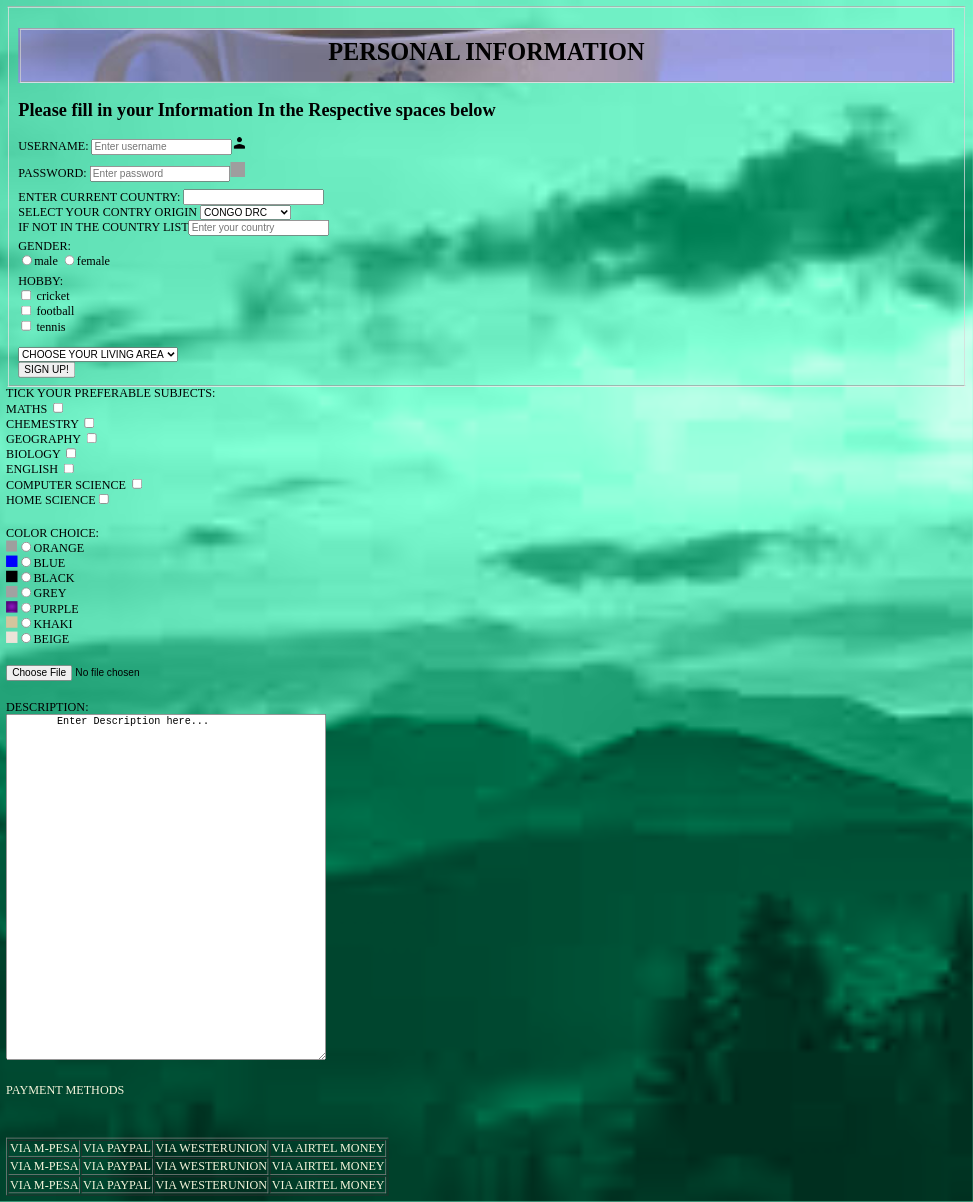
Repository: mirambialex/myform
Page: website/INDEX.HTML
An editor plug-in stored every save of this project. The page is shown before and after a run of saves, followed by the edit.
The browser window is 1280 px wide. The pictures show the whole page, at 76% of full size.
Pictures or frames that could not be fetched are drawn as grey boxes.

Above is the page before, as saved 2024-04-18 11:15:34.

After the next 2 saves:
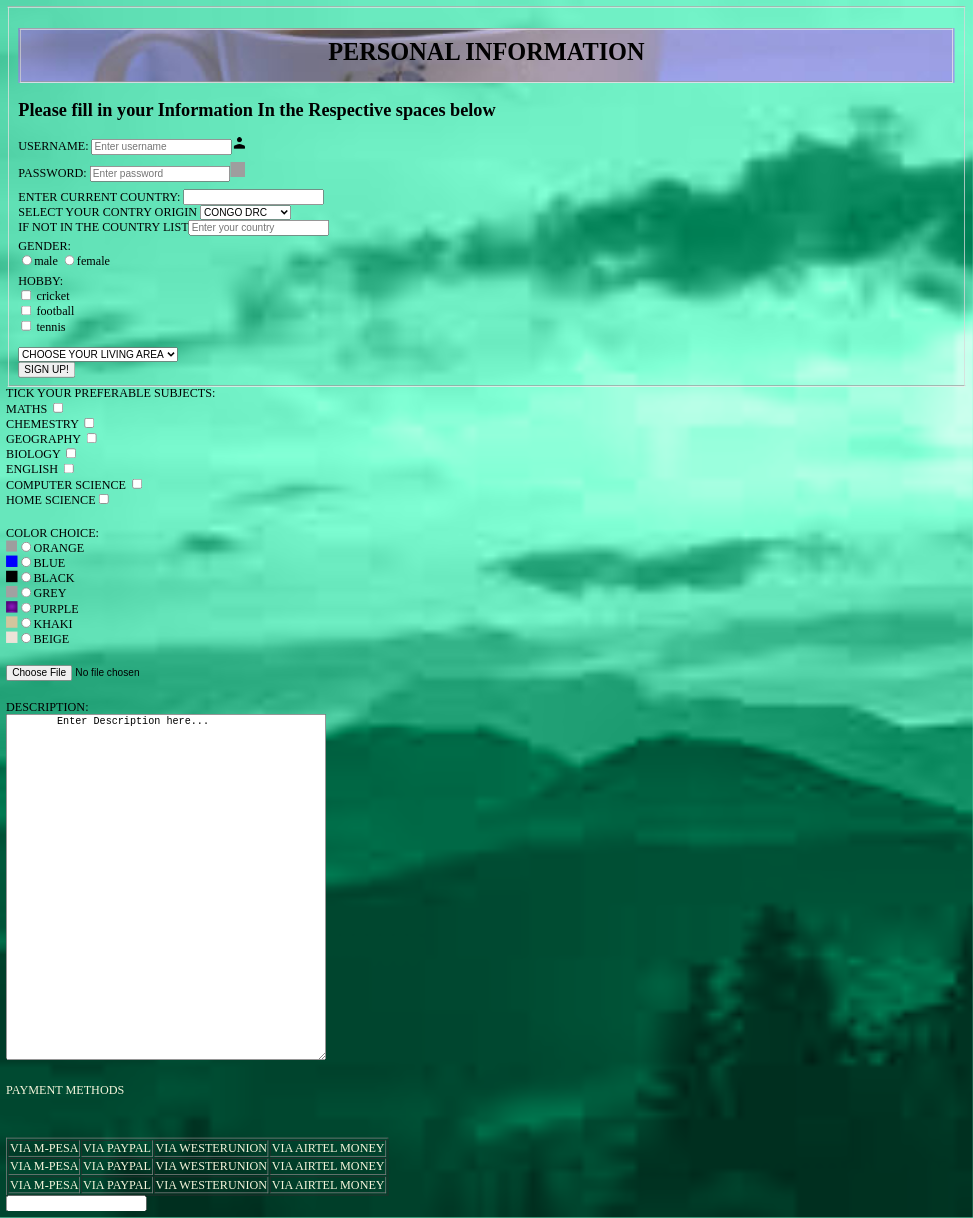
The 2 saves are shown as one change because they came seconds apart.
The last was saved 10 s later.
--- a/website/INDEX.HTML
+++ b/website/INDEX.HTML
@@ -118,7 +118,7 @@ HOBBY:<br>
 </TR>
 </TABle>
 </DIV>
-
+<INPut></INPut>
 
 </FORM>
  </body>
